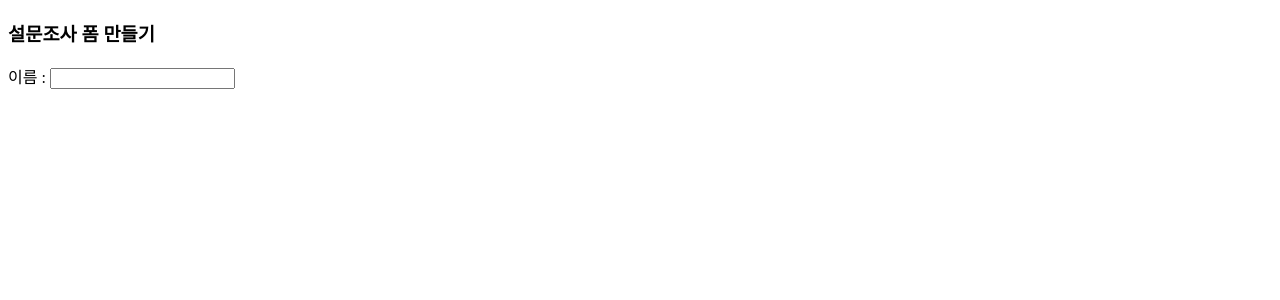
Repository: KimJaeHwan98/tomcat01
Page: http://localhost/3_req_res/quiz/ex01_form.jsp
The author's editor kept a copy of each file at every save. The page is drawn from the files as they stood at one save, then again after the next save.
The browser window is 1280 px wide. The pictures show the whole page.
The page is served by Tomcat 9.

Above is the page before, as saved 2024-04-29 05:59:21.

After the next save:
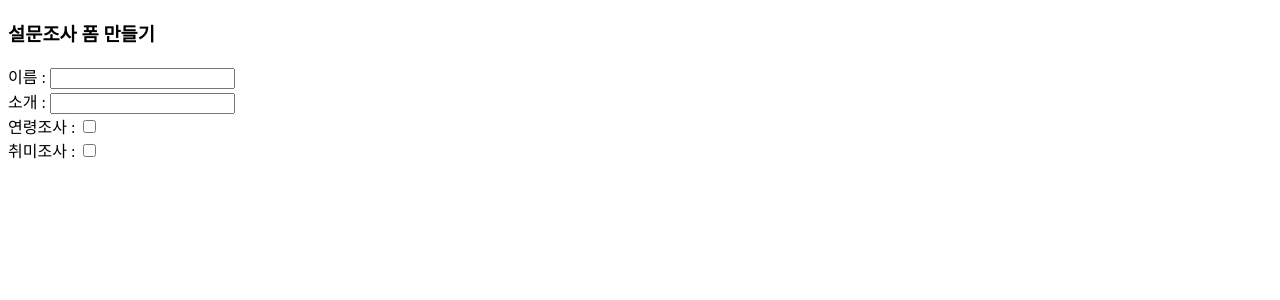
Saved 2 min 52 s later.
--- a/3_req_res/src/main/webapp/quiz/ex01_form.jsp
+++ b/3_req_res/src/main/webapp/quiz/ex01_form.jsp
@@ -11,7 +11,13 @@
 <%String path = request.getContextPath();%>
 <form action="<%= path %> / ex01_result.jsp" method="post">
 
-이름 : <input type="text" name ="name" ><br>
+이름 : <input type="text" name ="a1" ><br>
+
+소개 : <input type = "text" name ="a2"><br>
+
+연령조사 : <input type = "checkbox" name = "a3" value="10대"><br>
+
+취미조사 : <input type = "checkbox" name = "a4">
 
 
 
